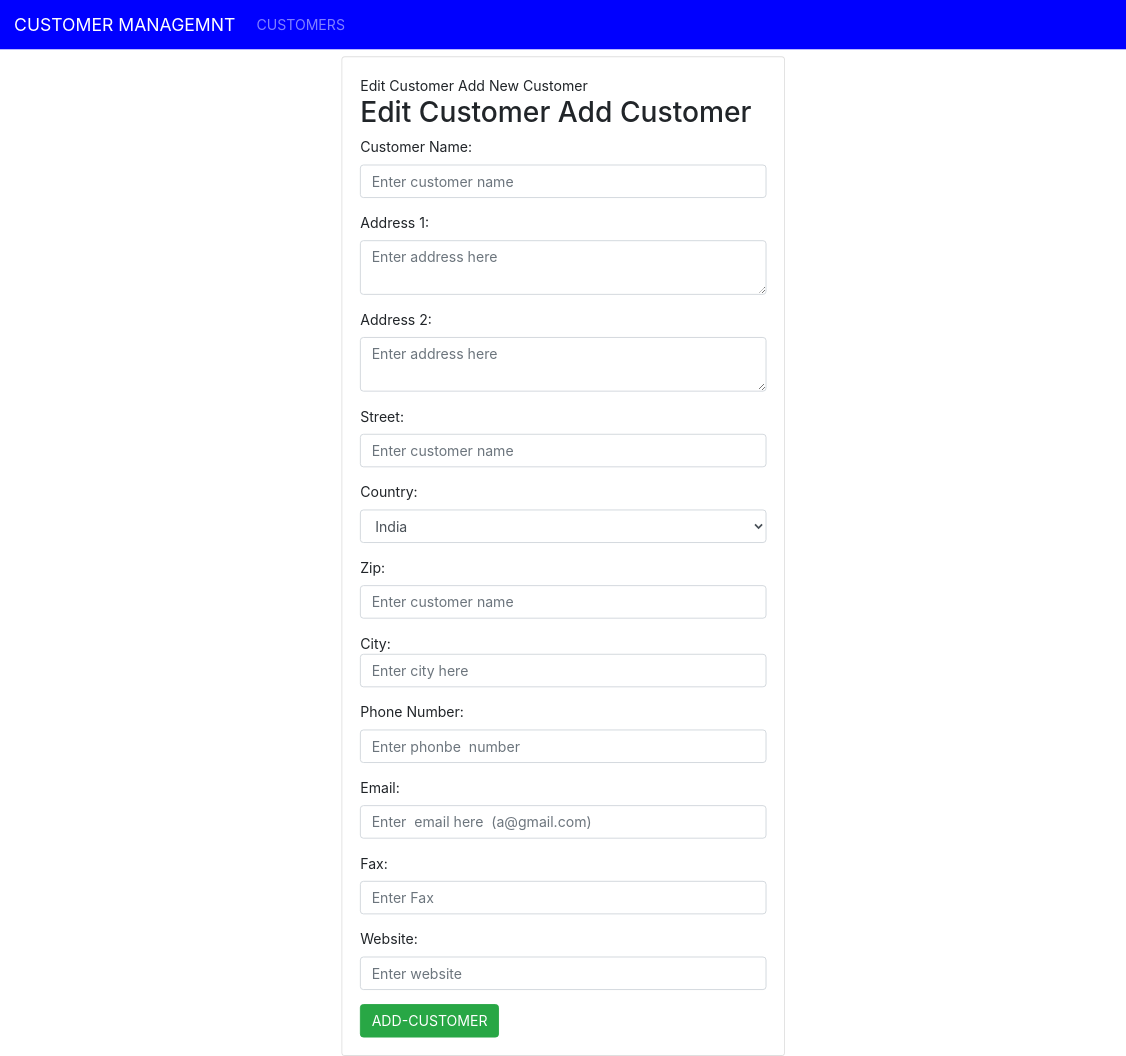
Repository: shruti-2522/webdirekt-assignment
Page: http://localhost/Customer-Project/customer-form.jsp
These files come from the project's save history. The page is drawn as it stood at one moment and after the next save; the edit follows.
The browser window is 1280 px wide. The pictures show the whole page, at 88% of full size.
The page is served by Tomcat 9. Other server files are loaded and not shown. The template is opened directly, without the code that normally fills it, so the values that code supplies are empty.

Above is the page before, as saved 2021-07-05 11:09:18.

### Customer-Project/src/main/webapp/customer-form.jsp
<%@ page language="java" contentType="text/html; charset=ISO-8859-1"
	pageEncoding="ISO-8859-1"%>
<!DOCTYPE html>
<html>
<head>
<meta charset="ISO-8859-1">
<title>Add Customer</title>
<link rel="stylesheet"
	href="https://cdn.jsdelivr.net/npm/bootstrap@4.5.3/dist/css/bootstrap.min.css"
	integrity="sha384-TX8t27EcRE3e/ihU7zmQxVncDAy5uIKz4rEkgIXeMed4M0jlfIDPvg6uqKI2xXr2"
	crossorigin="anonymous">
</head>
<body>

	<header>
		<nav class="navbar navbar-expand-md navbar-dark"
			style="background-color: blue">
			<div>
				<a class="navbar-brand">CUSTOMER MANAGEMNT</a>
			</div>

			<ul class="navbar-nav">
				<li><a href="<%=request.getContextPath()%>/list"
					class="nav-link">CUSTOMERS</a></li>
			</ul>
		</nav>


	</header>



	<div class="container col-md-5 mt-2">
		<div class="card">
			<div class="card-body">



				<c:if test="{customer!=null}">
	Edit Customer
  </c:if>

				<c:if test="{customer==null}">
	Add New Customer
  </c:if>

				<caption>
					<h2>

						<c:if test="{customer!=null}">
	Edit Customer
  </c:if>

						<c:if test="{customer==null}">
	Add Customer
  </c:if>

					</h2>
				</caption>

				<c:if test="{customer!=null}">
					<input type="hidden" id="id" value="<c:out value='${customer.id}'">
				</c:if>



				<fieldset class="form-group">
					<label>Customer Name:</label> <input type="text"
						class="form-control" placeholder="Enter customer name" name="name"
						required>
				</fieldset>


				<fieldset class="form-group">
					<label>Address 1:</label>
					<textarea class="form-control" name="addr1"
						placeholder="Enter address here"></textarea>
				</fieldset>



				<fieldset class="form-group">
					<label>Address 2:</label>
					<textarea class="form-control" name="addr2"
						placeholder="Enter address here"></textarea>
				</fieldset>

				<fieldset class="form-group">
					<label>Street:</label> <input type="text" class="form-control"
						placeholder="Enter customer name" name="street">
				</fieldset>


				<fieldset class="form-group">
					<label>Country:</label> <select name="country" class="form-control">
						<option>India</option>
						<option>America</option>
						<option>Chin</option>
						<option>Other</option>
					</select>
				</fieldset>

				<fieldset class="form-group">
					<label>Zip:</label> <input type="number" class="form-control"
						placeholder="Enter customer name" name="zip">
				</fieldset>


				<fieldset class="form-group">
					<labell>City:</label> <input type="text" class="form-control"
						placeholder="Enter city here" name="city">
				</fieldset>

				<fieldset class="form-group">
					<label>Phone Number:</label> <input type="number"
						class="form-control" placeholder="Enter phonbe  number"
						name="phone">
				</fieldset>
				<fieldset class="form-group">
					<label>Email:</label> <input type="number" class="form-control"
						placeholder="Enter  email here  (a@gmail.com)" name="email">
				</fieldset>

				<fieldset class="form-group">
					<label>Fax:</label> <input type="number" class="form-control"
						placeholder="Enter Fax" name="fax">
				</fieldset>
				<fieldset class="form-group">
					<label>Website:</label> <input type="text" class="form-control"
						placeholder="Enter website" name="web">
				</fieldset>



				<button type="submit" class="btn  btn-success  ">ADD-CUSTOMER</button>
			</div>

		</div>
	</div>




</body>
</html>

After the next save:
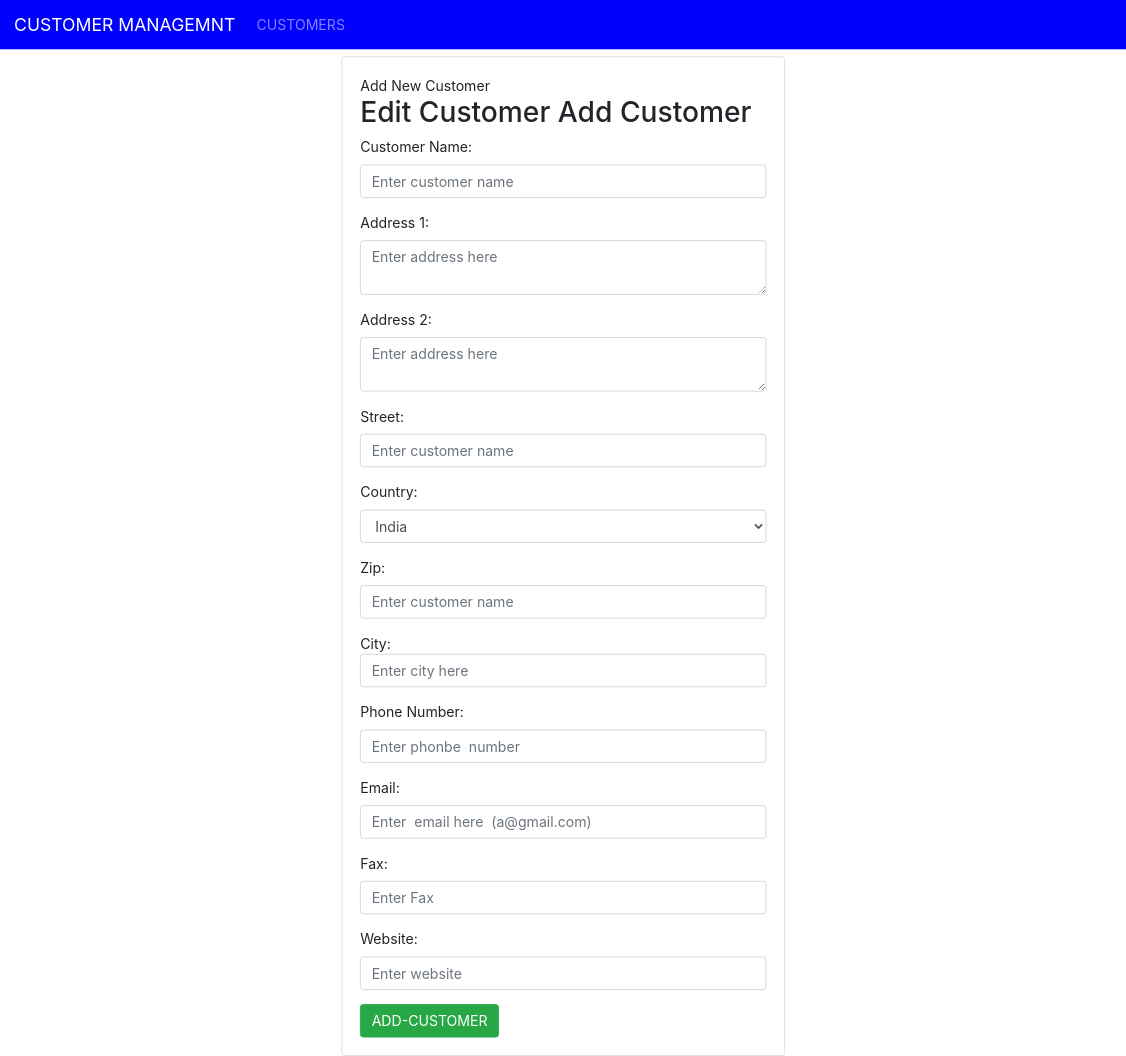
Saved 60 s later.
--- a/Customer-Project/src/main/webapp/customer-form.jsp
+++ b/Customer-Project/src/main/webapp/customer-form.jsp
@@ -37,7 +37,7 @@
 
 
 				<c:if test="{customer!=null}">
-	Edit Customer
+<form method="post" action="update"></form>
   </c:if>
 
 				<c:if test="{customer==null}">
